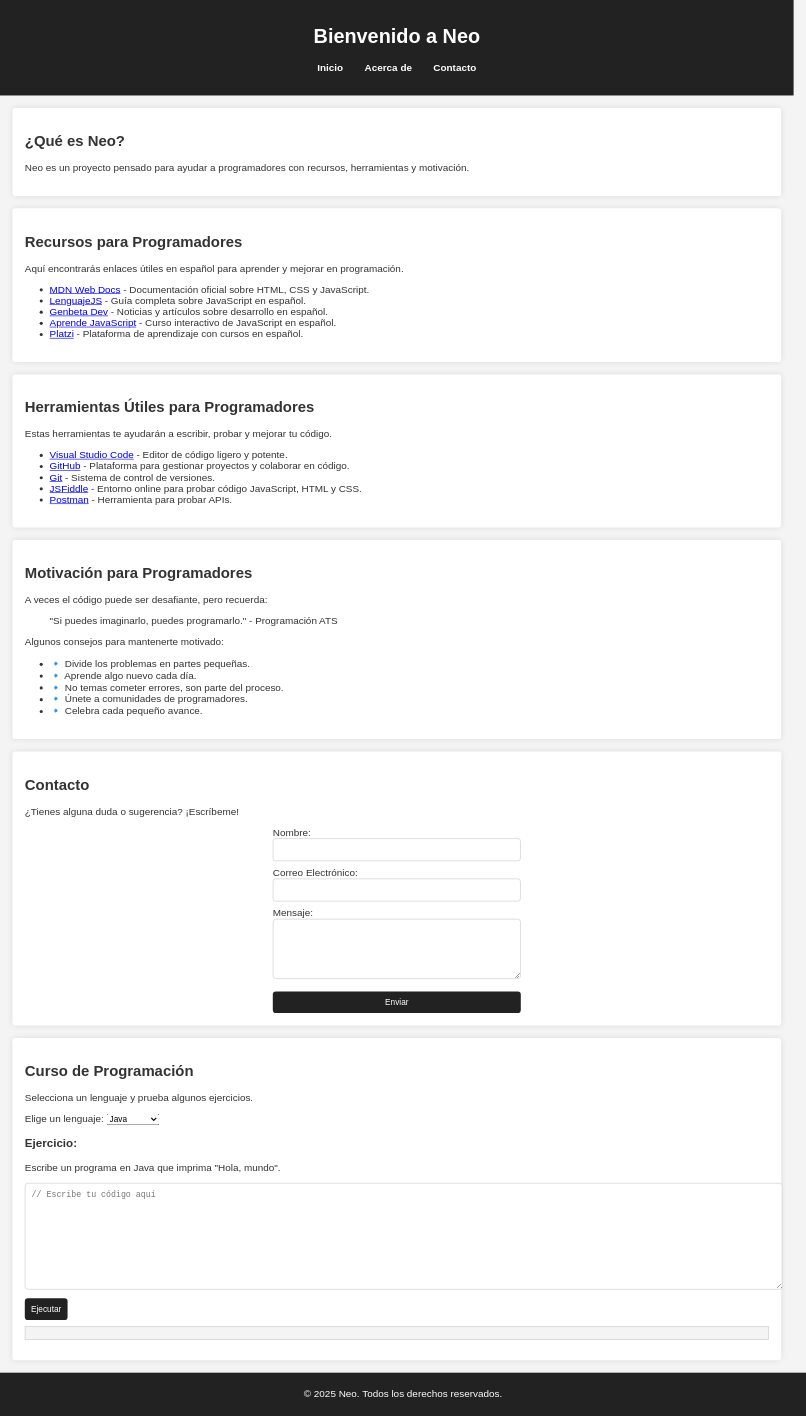
Repository: TapZc/getya_proyect
Page: index.html
The author's editor kept a copy of each file at every save. The page is drawn from the files as they stood at one save, then again after the next save.
The browser window is 1280 px wide. The page is 1300 px wide, so the pictures cover 1300 px, including what lies to the right of the window. The pictures show the whole page, at 62% of full size.

Above is the page before, as saved 2025-02-21 07:38:03.

After the next save:
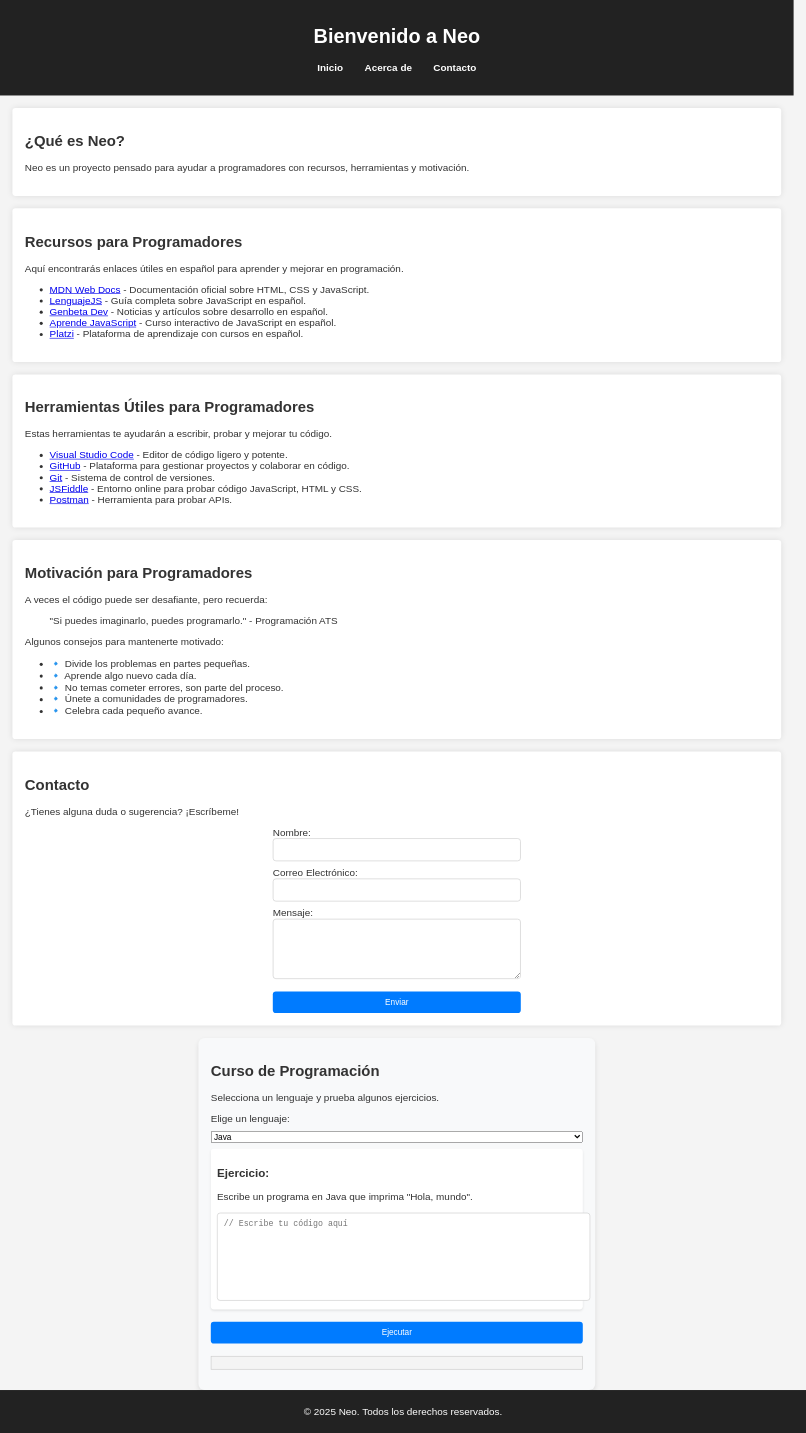
Saved 36 s later.
--- a/styles.css
+++ b/styles.css
@@ -102,3 +102,58 @@ button {
     border: 1px solid #ccc;
     margin-top: 10px;
 }
+
+/* Estilos para la sección de cursos */
+#cursos {
+    background-color: #f8f9fa;
+    padding: 20px;
+    border-radius: 10px;
+    box-shadow: 0px 4px 8px rgba(0, 0, 0, 0.1);
+    max-width: 600px;
+    margin: auto;
+}
+
+.curso-container {
+    display: flex;
+    flex-direction: column;
+    gap: 10px;
+}
+
+.editor {
+    background-color: #fff;
+    padding: 10px;
+    border-radius: 5px;
+    box-shadow: 0px 2px 4px rgba(0, 0, 0, 0.1);
+}
+
+#codigo {
+    width: 100%;
+    height: 120px;
+    font-family: monospace;
+    padding: 10px;
+    border: 1px solid #ccc;
+    border-radius: 5px;
+    resize: none;
+}
+
+button {
+    background-color: #007bff;
+    color: white;
+    padding: 10px;
+    border: none;
+    border-radius: 5px;
+    cursor: pointer;
+    transition: background 0.3s;
+}
+
+button:hover {
+    background-color: #0056b3;
+}
+
+#resultado {
+    background-color: #f4f4f4;
+    padding: 10px;
+    border: 1px solid #ccc;
+    margin-top: 10px;
+    white-space: pre-wrap;
+}
